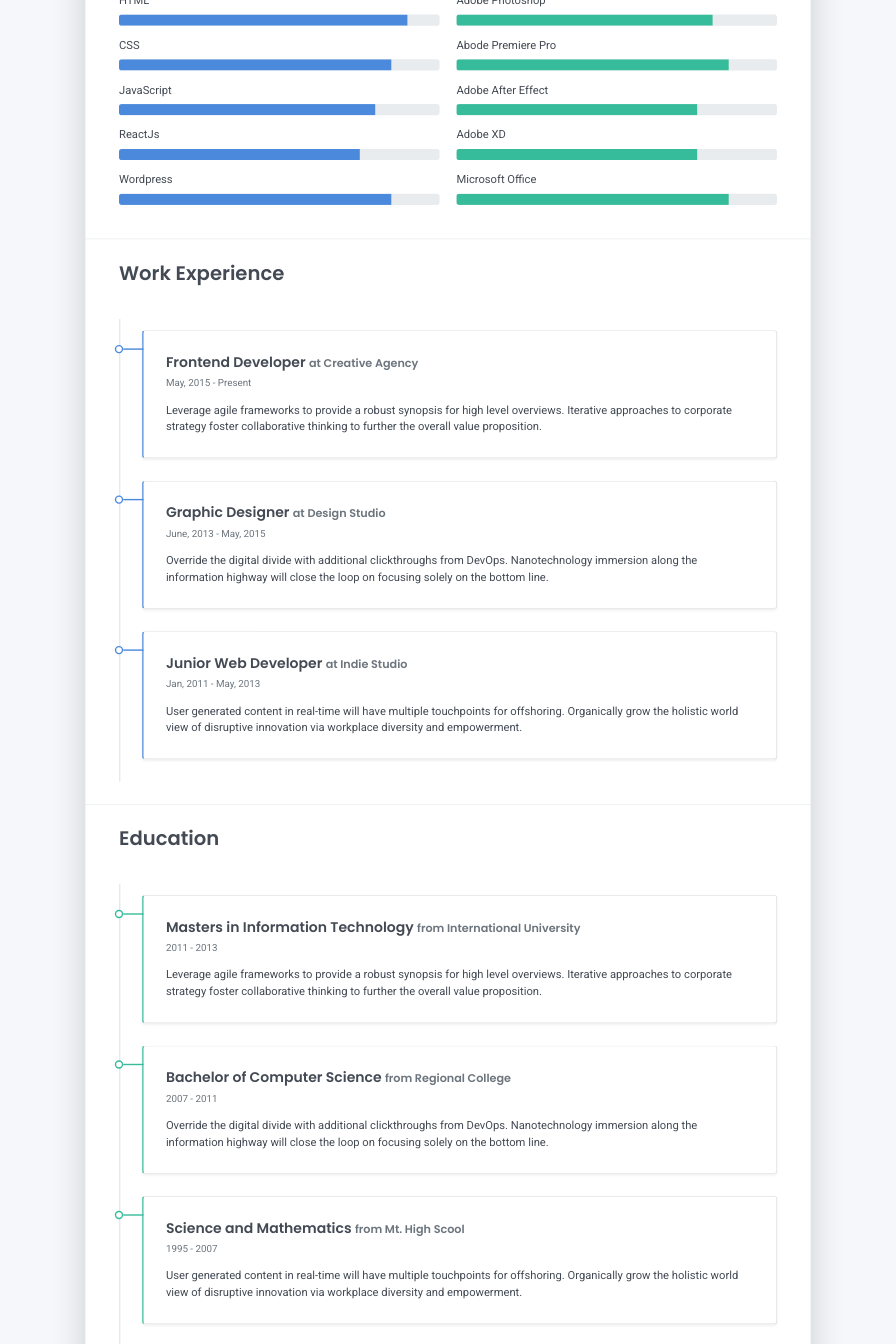
Repository: virangaj/resume
Page: index.html
The author's editor kept a copy of each file at every save. The page is drawn from the files as they stood at one save, then again after the next save.
The browser window is 1280 px wide. The pictures show the part of the page from y = 734 to 2654 px (the page is 3452 px tall before and 3516 px after), at 70% of full size.

Above is the page before, as saved 2021-08-31 19:28:47.

### index.html
<!DOCTYPE html>
<html lang="en-US">
	<head>
		<meta charset="UTF-8" />
		<meta http-equiv="X-UA-Compatible" content="IE=edge" />
		<meta name="viewport" content="width=device-width, initial-scale=1" />
		<title>Virang Jayawardana</title>
		<link
			rel="preconnect"
			href="https://fonts.gstatic.com"
			crossorigin="crossorigin"
		/>
		<link
			rel="preload"
			as="style"
			href="https://fonts.googleapis.com/css2?family=Poppins:wght@600&amp;family=Roboto:wght@300;400;500;700&amp;display=swap"
		/>
		<link
			rel="stylesheet"
			href="https://fonts.googleapis.com/css2?family=Poppins:wght@600&amp;family=Roboto:wght@300;400;500;700&amp;display=swap"
			media="print"
			onload="this.media='all'"
		/>
		<noscript>
			<link
				rel="stylesheet"
				href="https://fonts.googleapis.com/css2?family=Poppins:wght@600&amp;family=Roboto:wght@300;400;500;700&amp;display=swap"
			/>
		</noscript>
		<link href="css/font-awesome/css/all.min.css?ver=1.2.0" rel="stylesheet" />
		<link href="css/bootstrap.min.css?ver=1.2.0" rel="stylesheet" />
		<link href="css/aos.css?ver=1.2.0" rel="stylesheet" />
		<link href="css/main.css?ver=1.2.0" rel="stylesheet" />
		<noscript>
			<style type="text/css">
				[data-aos] {
					opacity: 1 !important;
					transform: translate(0) scale(1) !important;
				}
			</style>
		</noscript>
	</head>
	<body id="top">
		<header class="d-print-none">
			<div class="container text-center text-lg-left">
				<div class="py-3 clearfix">
					<h1 class="site-title mb-0">Virang Jayawardana</h1>
					<div class="site-nav">
						<nav role="navigation">
							<ul class="nav justify-content-center">
								<li class="nav-item">
									<a
										class="nav-link"
										href="https://twitter.com/VirangaPasi"
										title="Twitter"
										><i class="fab fa-twitter"></i
										><span class="menu-title sr-only">Twitter</span></a
									>
								</li>
								<li class="nav-item">
									<a
										class="nav-link"
										href="https://www.facebook.com/virangapasindu.jayawardana/"
										title="Facebook"
										><i class="fab fa-facebook"></i
										><span class="menu-title sr-only">Facebook</span></a
									>
								</li>
								<li class="nav-item">
									<a
										class="nav-link"
										href="https://www.instagram.com/pasiya_k9/"
										title="Instagram"
										><i class="fab fa-instagram"></i
										><span class="menu-title sr-only">Instagram</span></a
									>
								</li>
								<li class="nav-item">
									<a
										class="nav-link"
										href="https://github.com/Viranga-pasi"
										title="Github"
										><i class="fab fa-github"></i
										><span class="menu-title sr-only">Github</span></a
									>
								</li>
							</ul>
						</nav>
					</div>
				</div>
			</div>
		</header>
		<div class="page-content">
			<div class="container">
				<div class="cover shadow-lg bg-white">
					<div class="cover-bg p-3 p-lg-4 text-white">
						<div class="row">
							<div class="col-lg-4 col-md-5">
								<div class="avatar hover-effect bg-white shadow-sm p-1">
									<img src="images/avatar.jpg" width="200" height="200" />
								</div>
							</div>
							<div class="col-lg-8 col-md-7 text-center text-md-start">
								<h2 class="h1 mt-2" data-aos="fade-left" data-aos-delay="0">
									Joyce Harrison
								</h2>
								<p data-aos="fade-left" data-aos-delay="100">
									Undergraduate | Web Developer
								</p>
								<div
									class="d-print-none"
									data-aos="fade-left"
									data-aos-delay="200"
								>
									<a
										class="btn btn-light text-dark shadow-sm mt-1 me-1"
										href="right-resume.pdf"
										target="_blank"
										>Download CV</a
									><a class="btn btn-success shadow-sm mt-1" href="#contact"
										>Hire Me</a
									>
								</div>
							</div>
						</div>
					</div>
					<div class="about-section pt-4 px-3 px-lg-4 mt-1">
						<div class="row">
							<div class="col-md-6">
								<h2 class="h3 mb-3">About Me</h2>
								<p>
									Hello! I’m Viranga Jayawardana. I am passionate about new
									technologies and Web Design. I am a skilled Front-end
									Developer and amazing video editor.
								</p>
							</div>
							<div class="col-md-5 offset-md-1">
								<div class="row mt-2">
									<div class="col-sm-4">
										<div class="pb-1">Age</div>
									</div>
									<div class="col-sm-8">
										<div class="pb-1 text-secondary">24</div>
									</div>
									<div class="col-sm-4">
										<div class="pb-1">Email</div>
									</div>
									<div class="col-sm-8">
										<div class="pb-1 text-secondary">
											virangapasindu4@gmail.com
										</div>
									</div>
									<div class="col-sm-4">
										<div class="pb-1">Phone</div>
									</div>
									<div class="col-sm-8">
										<div class="pb-1 text-secondary">+94 71 530 9595</div>
									</div>
									<div class="col-sm-4">
										<div class="pb-1">Address</div>
									</div>
									<div class="col-sm-8">
										<div class="pb-1 text-secondary">
											Samanala, Galdola, Kotapola, Sri Lanka
										</div>
									</div>
								</div>
							</div>
						</div>
					</div>
					<hr class="d-print-none" />
					<div class="skills-section px-3 px-lg-4">
						<h2 class="h3 mb-3">Professional Skills</h2>
						<div class="row">
							<div class="col-md-6">
								<div class="mb-2">
									<span>HTML</span>
									<div class="progress my-1">
										<div
											class="progress-bar bg-primary"
											role="progressbar"
											data-aos="zoom-in-right"
											data-aos-delay="100"
											data-aos-anchor=".skills-section"
											style="width: 90%"
											aria-valuenow="90"
											aria-valuemin="0"
											aria-valuemax="100"
										></div>
									</div>
								</div>
								<div class="mb-2">
									<span>CSS</span>
									<div class="progress my-1">
										<div
											class="progress-bar bg-primary"
											role="progressbar"
											data-aos="zoom-in-right"
											data-aos-delay="200"
											data-aos-anchor=".skills-section"
											style="width: 85%"
											aria-valuenow="85"
											aria-valuemin="0"
											aria-valuemax="100"
										></div>
									</div>
								</div>
								<div class="mb-2">
									<span>JavaScript</span>
									<div class="progress my-1">
										<div
											class="progress-bar bg-primary"
											role="progressbar"
											data-aos="zoom-in-right"
											data-aos-delay="300"
											data-aos-anchor=".skills-section"
											style="width: 80%"
											aria-valuenow="80"
											aria-valuemin="0"
											aria-valuemax="100"
										></div>
									</div>
								</div>
								<div class="mb-2">
									<span>ReactJs</span>
									<div class="progress my-1">
										<div
											class="progress-bar bg-primary"
											role="progressbar"
											data-aos="zoom-in-right"
											data-aos-delay="300"
											data-aos-anchor=".skills-section"
											style="width: 75%"
											aria-valuenow="75"
											aria-valuemin="0"
											aria-valuemax="100"
										></div>
									</div>
								</div>
								<div class="mb-2">
									<span>Wordpress</span>
									<div class="progress my-1">
										<div
											class="progress-bar bg-primary"
											role="progressbar"
											data-aos="zoom-in-right"
											data-aos-delay="300"
											data-aos-anchor=".skills-section"
											style="width: 85%"
											aria-valuenow="85"
											aria-valuemin="0"
											aria-valuemax="100"
										></div>
									</div>
								</div>
							</div>
							<div class="col-md-6">
								<div class="mb-2">
									<span>Adobe Photoshop</span>
									<div class="progress my-1">
										<div
											class="progress-bar bg-success"
											role="progressbar"
											data-aos="zoom-in-right"
											data-aos-delay="400"
											data-aos-anchor=".skills-section"
											style="width: 80%"
											aria-valuenow="90"
											aria-valuemin="0"
											aria-valuemax="100"
										></div>
									</div>
								</div>
								<div class="mb-2">
									<span>Abode Premiere Pro</span>
									<div class="progress my-1">
										<div
											class="progress-bar bg-success"
											role="progressbar"
											data-aos="zoom-in-right"
											data-aos-delay="500"
											data-aos-anchor=".skills-section"
											style="width: 85%"
											aria-valuenow="85"
											aria-valuemin="0"
											aria-valuemax="100"
										></div>
									</div>
								</div>
								<div class="mb-2">
									<span>Adobe After Effect</span>
									<div class="progress my-1">
										<div
											class="progress-bar bg-success"
											role="progressbar"
											data-aos="zoom-in-right"
											data-aos-delay="600"
											data-aos-anchor=".skills-section"
											style="width: 75%"
											aria-valuenow="75"
											aria-valuemin="0"
											aria-valuemax="100"
										></div>
									</div>
								</div>
								<div class="mb-2">
									<span>Adobe XD</span>
									<div class="progress my-1">
										<div
											class="progress-bar bg-success"
											role="progressbar"
											data-aos="zoom-in-right"
											data-aos-delay="600"
											data-aos-anchor=".skills-section"
											style="width: 75%"
											aria-valuenow="75"
											aria-valuemin="0"
											aria-valuemax="100"
										></div>
									</div>
								</div>
								<div class="mb-2">
									<span>Microsoft Office</span>
									<div class="progress my-1">
										<div
											class="progress-bar bg-success"
											role="progressbar"
											data-aos="zoom-in-right"
											data-aos-delay="600"
											data-aos-anchor=".skills-section"
											style="width: 85%"
											aria-valuenow="85"
											aria-valuemin="0"
											aria-valuemax="100"
										></div>
									</div>
								</div>
							</div>
						</div>
					</div>
					<hr class="d-print-none" />
					<div class="work-experience-section px-3 px-lg-4">
						<h2 class="h3 mb-4">Work Experience</h2>
						<div class="timeline">
							<div class="timeline-card timeline-card-primary card shadow-sm">
								<div class="card-body">
									<div class="h5 mb-1">
										Frontend Developer
										<span class="text-muted h6">at Creative Agency</span>
									</div>
									<div class="text-muted text-small mb-2">
										May, 2015 - Present
									</div>
									<div>
										Leverage agile frameworks to provide a robust synopsis for
										high level overviews. Iterative approaches to corporate
										strategy foster collaborative thinking to further the
										overall value proposition.
									</div>
								</div>
							</div>
							<div class="timeline-card timeline-card-primary card shadow-sm">
								<div class="card-body">
									<div class="h5 mb-1">
										Graphic Designer
										<span class="text-muted h6">at Design Studio</span>
									</div>
									<div class="text-muted text-small mb-2">
										June, 2013 - May, 2015
									</div>
									<div>
										Override the digital divide with additional clickthroughs
										from DevOps. Nanotechnology immersion along the information
										highway will close the loop on focusing solely on the bottom
										line.
									</div>
								</div>
							</div>
							<div class="timeline-card timeline-card-primary card shadow-sm">
								<div class="card-body">
									<div class="h5 mb-1">
										Junior Web Developer
										<span class="text-muted h6">at Indie Studio</span>
									</div>
									<div class="text-muted text-small mb-2">
										Jan, 2011 - May, 2013
									</div>
									<div>
										User generated content in real-time will have multiple
										touchpoints for offshoring. Organically grow the holistic
										world view of disruptive innovation via workplace diversity
										and empowerment.
									</div>
								</div>
							</div>
						</div>
					</div>
					<hr class="d-print-none" />
					<div class="page-break"></div>
					<div class="education-section px-3 px-lg-4 pb-4">
						<h2 class="h3 mb-4">Education</h2>
						<div class="timeline">
							<div class="timeline-card timeline-card-success card shadow-sm">
								<div class="card-body">
									<div class="h5 mb-1">
										Masters in Information Technology
										<span class="text-muted h6"
											>from International University</span
										>
									</div>
									<div class="text-muted text-small mb-2">2011 - 2013</div>
									<div>
										Leverage agile frameworks to provide a robust synopsis for
										high level overviews. Iterative approaches to corporate
										strategy foster collaborative thinking to further the
										overall value proposition.
									</div>
								</div>
							</div>
							<div class="timeline-card timeline-card-success card shadow-sm">
								<div class="card-body">
									<div class="h5 mb-1">
										Bachelor of Computer Science
										<span class="text-muted h6">from Regional College</span>
									</div>
									<div class="text-muted text-small mb-2">2007 - 2011</div>
									<div>
										Override the digital divide with additional clickthroughs
										from DevOps. Nanotechnology immersion along the information
										highway will close the loop on focusing solely on the bottom
										line.
									</div>
								</div>
							</div>
							<div class="timeline-card timeline-card-success card shadow-sm">
								<div class="card-body">
									<div class="h5 mb-1">
										Science and Mathematics
										<span class="text-muted h6">from Mt. High Scool</span>
									</div>
									<div class="text-muted text-small mb-2">1995 - 2007</div>
									<div>
										User generated content in real-time will have multiple
										touchpoints for offshoring. Organically grow the holistic
										world view of disruptive innovation via workplace diversity
										and empowerment.
									</div>
								</div>
							</div>
						</div>
					</div>
					<hr class="d-print-none" />
					<div class="contant-section px-3 px-lg-4 pb-4" id="contact">
						<h2 class="h3 text mb-3">Contact</h2>
						<div class="row">
							<div class="col-md-7 d-print-none">
								<div class="my-2">
									<form
										action="https://formspree.io/your@email.com"
										method="POST"
									>
										<div class="row">
											<div class="col-6">
												<input
													class="form-control"
													type="text"
													id="name"
													name="name"
													placeholder="Your Name"
													required
												/>
											</div>
											<div class="col-6">
												<input
													class="form-control"
													type="email"
													id="email"
													name="_replyto"
													placeholder="Your E-mail"
													required
												/>
											</div>
										</div>
										<div class="form-group my-2">
											<textarea
												class="form-control"
												style="resize: none"
												id="message"
												name="message"
												rows="4"
												placeholder="Your Message"
												required
											></textarea>
										</div>
										<button class="btn btn-primary mt-2" type="submit">
											Send
										</button>
									</form>
								</div>
							</div>
							<div class="col">
								<div class="mt-2">
									<h3 class="h6">Address</h3>
									<div class="pb-2 text-secondary">
										140, City Center, New York, U.S.A
									</div>
									<h3 class="h6">Phone</h3>
									<div class="pb-2 text-secondary">+0718-111-0011</div>
									<h3 class="h6">Email</h3>
									<div class="pb-2 text-secondary">Joyce@company.com</div>
								</div>
							</div>
							<div class="col d-none d-print-block">
								<div class="mt-2">
									<div>
										<div class="mb-2">
											<div class="text-dark">
												<i class="fab fa-twitter mr-1"></i
												><span>https://twitter.com/templateflip</span>
											</div>
										</div>
										<div class="mb-2">
											<div class="text-dark">
												<i class="fab fa-facebook mr-1"></i
												><span>https://www.facebook.com/templateflip</span>
											</div>
										</div>
										<div class="mb-2">
											<div class="text-dark">
												<i class="fab fa-instagram mr-1"></i
												><span>https://www.instagram.com/templateflip</span>
											</div>
										</div>
										<div class="mb-2">
											<div class="text-dark">
												<i class="fab fa-github mr-1"></i
												><span>https://github.com/templateflip</span>
											</div>
										</div>
									</div>
								</div>
							</div>
						</div>
					</div>
				</div>
			</div>
		</div>
		<footer class="pt-4 pb-4 text-muted text-center d-print-none">
			<div class="container">
				<div class="my-3">
					<div class="h4">Joyce Harrison</div>
					<div class="footer-nav">
						<nav role="navigation">
							<ul class="nav justify-content-center">
								<li class="nav-item">
									<a
										class="nav-link"
										href="https://twitter.com/templateflip"
										title="Twitter"
										><i class="fab fa-twitter"></i
										><span class="menu-title sr-only">Twitter</span></a
									>
								</li>
								<li class="nav-item">
									<a
										class="nav-link"
										href="https://www.facebook.com/templateflip"
										title="Facebook"
										><i class="fab fa-facebook"></i
										><span class="menu-title sr-only">Facebook</span></a
									>
								</li>
								<li class="nav-item">
									<a
										class="nav-link"
										href="https://www.instagram.com/templateflip"
										title="Instagram"
										><i class="fab fa-instagram"></i
										><span class="menu-title sr-only">Instagram</span></a
									>
								</li>
								<li class="nav-item">
									<a
										class="nav-link"
										href="https://github.com/templateflip"
										title="Github"
										><i class="fab fa-github"></i
										><span class="menu-title sr-only">Github</span></a
									>
								</li>
							</ul>
						</nav>
					</div>
				</div>
				<div class="text-small">
					<div class="mb-1">&copy; Right Resume. All rights reserved.</div>
					<div>
						Design -
						<a href="https://templateflip.com/" target="_blank">TemplateFlip</a>
					</div>
				</div>
			</div>
		</footer>
		<script src="scripts/bootstrap.bundle.min.js?ver=1.2.0"></script>
		<script src="scripts/aos.js?ver=1.2.0"></script>
		<script src="scripts/main.js?ver=1.2.0"></script>
	</body>
</html>

### css/main.css
/* Buttons */
/* Inputs */
/* Timeline custom component */
.timeline {
	border-left: 2px solid #e6e9ed;
	padding: 1rem 0;
}

.timeline-card {
	position: relative;
	margin-left: 31px;
	border-left: 2px solid;
	margin-bottom: 2rem;
}

.timeline-card:last-child {
	margin-bottom: 1rem;
}

.timeline-card:before {
	content: '';
	display: inline-block;
	position: absolute;
	background-color: #fff;
	border-radius: 10px;
	width: 12px;
	height: 12px;
	top: 20px;
	left: -41px;
	border: 2px solid;
	z-index: 2;
}

.timeline-card:after {
	content: '';
	display: inline-block;
	position: absolute;
	background-color: currentColor;
	width: 29px;
	height: 2px;
	top: 25px;
	left: -29px;
	z-index: 1;
}

.timeline-card-primary {
	border-left-color: #4a89dc;
}

.timeline-card-primary:before {
	border-color: #4a89dc;
}

.timeline-card-primary:after {
	background-color: #4a89dc;
}

.timeline-card-success {
	border-left-color: #37bc9b;
}

.timeline-card-success:before {
	border-color: #37bc9b;
}

.timeline-card-success:after {
	background-color: #37bc9b;
}

html {
	scroll-behavior: smooth;
}

.site-title {
	font-size: 1.25rem;
	line-height: 2.5rem;
}

.nav-link {
	padding: 0;
	font-size: 1.25rem;
	line-height: 2.5rem;
	color: rgba(0, 0, 0, 0.5);
}

.nav-link:hover,
.nav-link:focus,
.active .nav-link {
	color: rgba(0, 0, 0, 0.8);
}

.nav-item + .nav-item {
	margin-left: 1rem;
}

.cover {
	border-radius: 10px;
}

.cover-bg {
	background-color: #4a89dc;
	background-image: url("data:[embedded picture, 1696 characters]");
	border-radius: 10px 10px 0 0;
}

.avatar {
	max-width: 216px;
	max-height: 216px;
	margin-top: 20px;
	text-align: center;
	margin-left: auto;
	margin-right: auto;
}

.avatar img {
	/* Safari 6.0 - 9.0 */
	/* filter: grayscale(100%); */
}

footer a:not(.nav-link) {
	color: inherit;
	border-bottom: 1px dashed;
	text-decoration: none;
	cursor: pointer;
}

@media (min-width: 48em) {
	.site-title {
		float: left;
	}
	.site-nav {
		float: right;
	}
	.avatar {
		margin-bottom: -80px;
		margin-left: 0;
	}
}

@media print {
	body {
		background-color: #fff;
	}
	.container {
		width: auto;
		max-width: 100%;
		padding: 0;
	}
	.cover,
	.cover-bg {
		border-radius: 0;
	}
	.cover.shadow-lg {
		box-shadow: none !important;
	}
	.cover-bg {
		padding: 5rem !important;
		padding-bottom: 10px !important;
	}
	.avatar {
		margin-top: -10px;
	}
	.about-section {
		padding: 6.5rem 5rem 2rem !important;
	}
	.skills-section,
	.work-experience-section,
	.education-section,
	.contant-section {
		padding: 1.5rem 5rem 2rem !important;
	}
	.page-break {
		padding-top: 5rem;
		page-break-before: always;
	}
}

Loaded but not shown: css/font-awesome/css/all.min.css (library); css/bootstrap.min.css (library); css/aos.css (library); scripts/bootstrap.bundle.min.js (library); scripts/aos.js (library); scripts/main.js (common file)

After the next save:
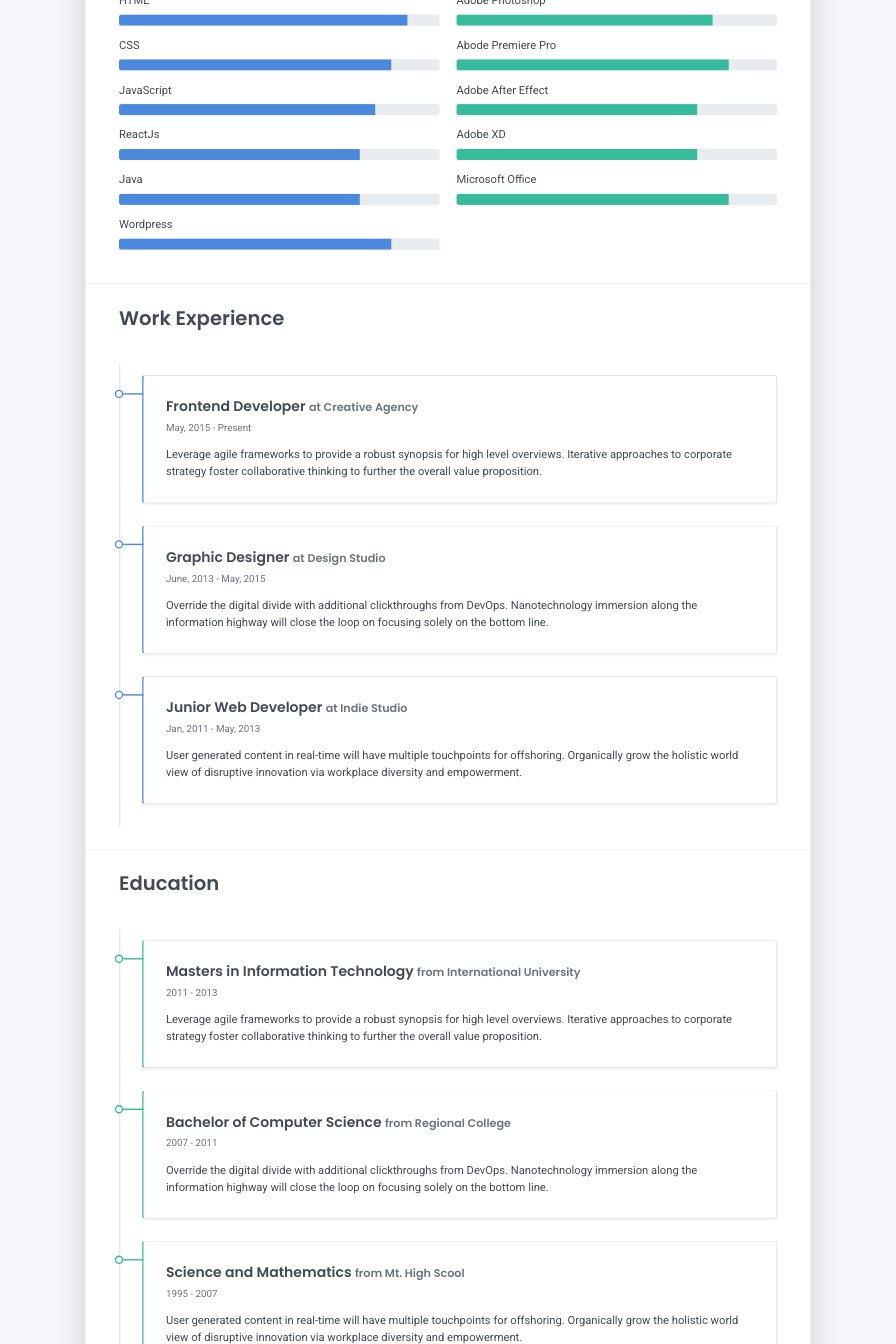
Saved 26 s later.
--- a/index.html
+++ b/index.html
@@ -238,6 +238,22 @@
 									</div>
 								</div>
 								<div class="mb-2">
+									<span>Java</span>
+									<div class="progress my-1">
+										<div
+											class="progress-bar bg-primary"
+											role="progressbar"
+											data-aos="zoom-in-right"
+											data-aos-delay="300"
+											data-aos-anchor=".skills-section"
+											style="width: 75%"
+											aria-valuenow="75"
+											aria-valuemin="0"
+											aria-valuemax="100"
+										></div>
+									</div>
+								</div>
+								<div class="mb-2">
 									<span>Wordpress</span>
 									<div class="progress my-1">
 										<div
